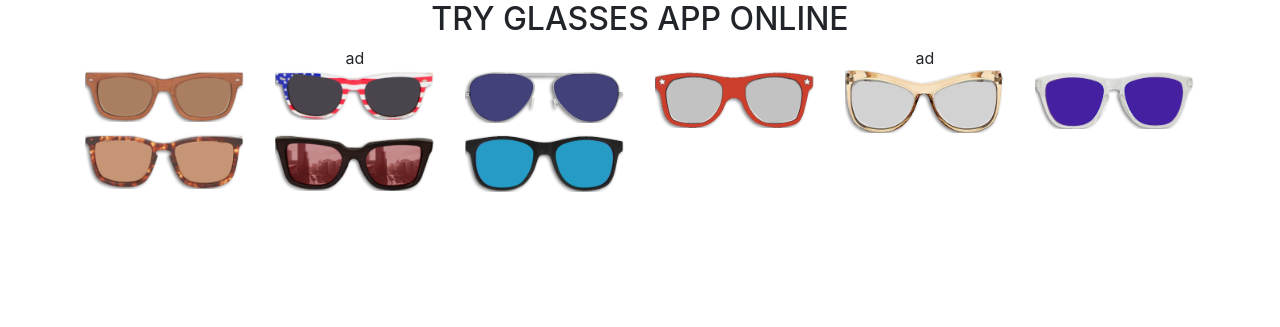
Repository: phongthanhh/ChoseGlass
Page: /
These files come from the project's save history. The page is drawn as it stood at one moment and after the next save; the edit follows.
The browser window is 1280 px wide. The pictures show the whole page.
The project was rebuilt for these pictures with package versions that can differ from the ones it lists, and the page was loaded fresh each time.

Above is the page before, as saved 2022-12-25 15:33:55.

After the next save:
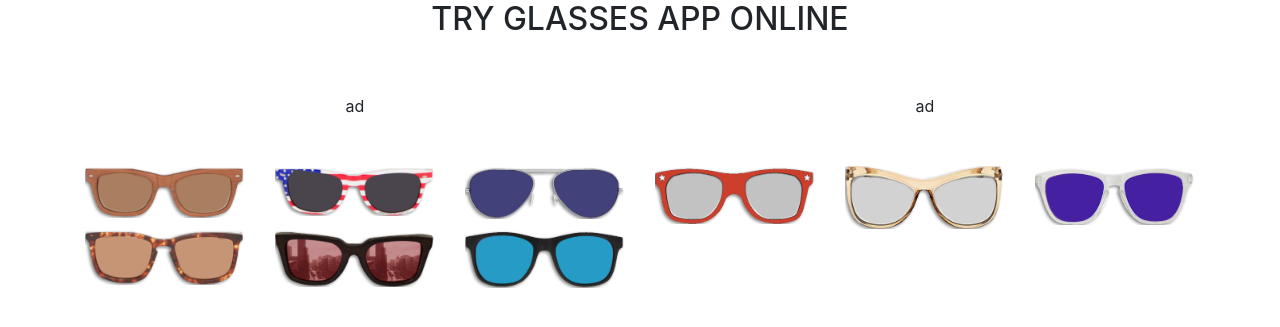
Saved 6 s later.
--- a/src/ChoseGlass/BTGlass.jsx
+++ b/src/ChoseGlass/BTGlass.jsx
@@ -85,7 +85,7 @@
                 <section className='main'>
                     <h2>TRY GLASSES APP ONLINE</h2>
                     <div className="item container">
-                        <div className="row">
+                        <div className="row py-5">
                             <div className="col-6">
                                 <img src="" alt="" />
                                 ad
